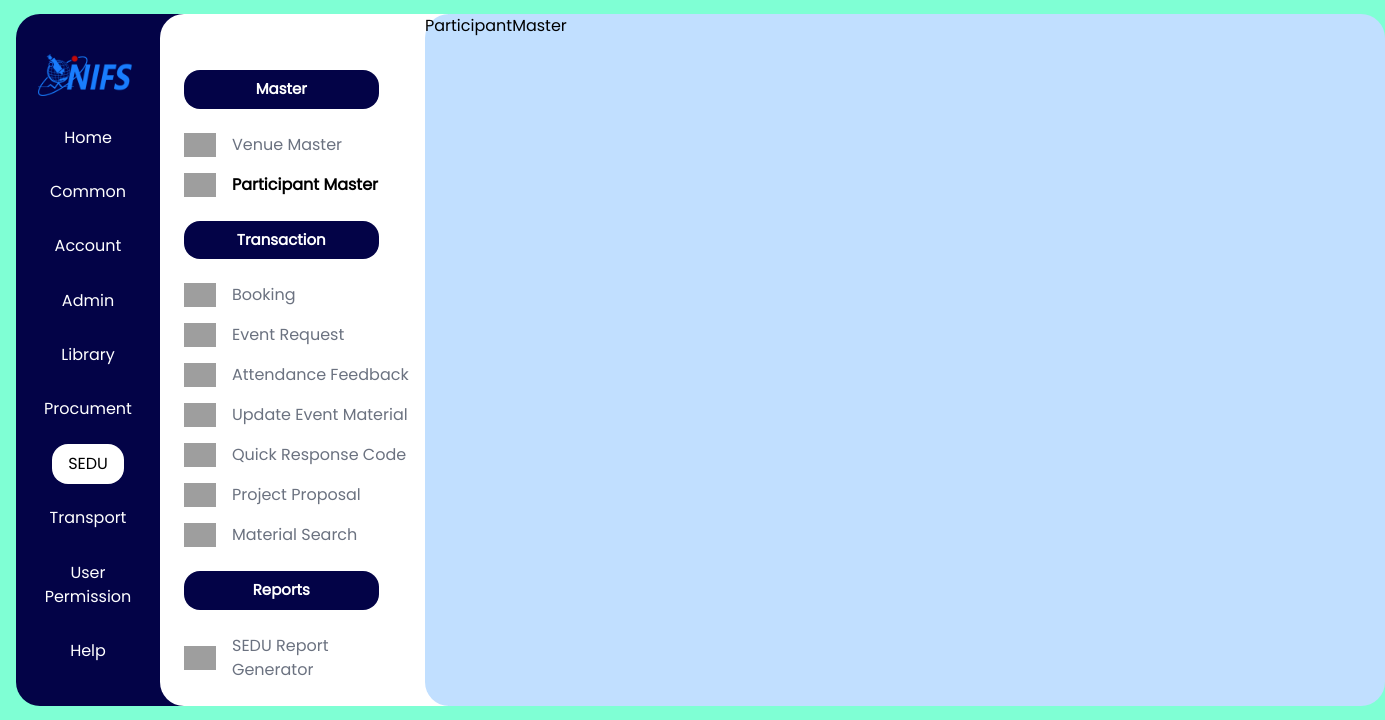
Repository: virangaj/NIFS-WebApp
Page: /sedu/participant-master (app in client/)
The author's editor kept a copy of each file at every save. The page is drawn from the files as they stood at one save, then again after the next save.
The browser window is 1280 px wide. The page is 1385 px wide, so the pictures cover 1385 px, including what lies to the right of the window. The pictures show the whole page.
Pictures or frames that could not be fetched are drawn as grey boxes. The project was rebuilt for these pictures with package versions that can differ from the ones it lists, and the page was loaded fresh each time. Also part of the build but not shown: client/src/pages/Login.tsx, client/src/pages/Home.tsx, client/src/components/Transport/shared/TransportNavbar.js, client/src/pages/TransportMainPage.tsx, client/src/pages/CommonMainPage.tsx, client/src/pages/AccountMainPage.tsx, client/src/pages/AdminMainPage.tsx, client/src/pages/LibraryMainPage.js and 14 more.

Above is the page before, as saved 2022-07-31 00:12:17.

### client/public/index.html
<!DOCTYPE html>
<html lang="en">
	<head>
		<meta charset="utf-8" />
		<link rel="icon" href="nifs_logo.png" />
		<meta name="viewport" content="width=device-width, initial-scale=1" />
		<meta name="theme-color" content="#000000" />
		<meta
			name="description"
			content="Web site created using create-react-app"
		/>
		<link rel="apple-touch-icon" href="%PUBLIC_URL%/logo192.png" />
		<!--
      manifest.json provides metadata used when your web app is installed on a
      user's mobile device or desktop. See https://developers.google.com/web/fundamentals/web-app-manifest/
    -->
		<link rel="manifest" href="%PUBLIC_URL%/manifest.json" />
		<!--
      Notice the use of %PUBLIC_URL% in the tags above.
      It will be replaced with the URL of the `public` folder during the build.
      Only files inside the `public` folder can be referenced from the HTML.

      Unlike "/favicon.ico" or "favicon.ico", "%PUBLIC_URL%/favicon.ico" will
      work correctly both with client-side routing and a non-root public URL.
      Learn how to configure a non-root public URL by running `npm run build`.
    -->
		<link
			href="https://fonts.googleapis.com/css?family=Poppins"
			rel="stylesheet"
		/>
		<title>NIFS Dashboard</title>
	</head>
	<body>
		<noscript>You need to enable JavaScript to run this app.</noscript>
		<div id="root"></div>
		<!--
      This HTML file is a template.
      If you open it directly in the browser, you will see an empty page.

      You can add webfonts, meta tags, or analytics to this file.
      The build step will place the bundled scripts into the <body> tag.

      To begin the development, run `npm start` or `yarn start`.
      To create a production bundle, use `npm run build` or `yarn build`.
    -->
	</body>
</html>

### client/src/index.css
@tailwind base;
@tailwind components;
@tailwind utilities;

* {
  margin: 0;
}

body {
  font-family: 'Poppins';
  -webkit-font-smoothing: antialiased;
  -moz-osx-font-smoothing: grayscale;
  background-color: #dfe7ee;

}

::-webkit-scrollbar {
  display: none;
}


:root {
  --main-navbar-back: #030347;
  --nav-title-section-back: rgba(47, 163, 72, 0.589);
  --white: #fff;
  --black: #000;
  --gray: rgba(68, 68, 68, 0.432);
  --border-radius: 10px;
  --pimary: rgb(10, 94, 133);
  --warning: #ed3d63;
  --secondary-nav-color: rgb(255, 255, 255);
  --body-content-bg: rgb(193, 223, 255);
}


.nav-logo {
  width: 100px;
  height: auto;
  margin-bottom: 2vh;
}

a {
  text-decoration: none;
}



/* main navbar */
.main-nav-bg {
  background-color: var(--main-navbar-back) !important;
}

.main-navbar {
  background-color: var(--main-navbar-back) !important;
  width: 100% !important;
  height: 80px !important;

}

/* secondary navbar */

.sec-nav-bg {
  background-color: var(--secondary-nav-color);
}

.secondary-navbar {
  margin: auto;
}

.nav-flex-section {
  display: -webkit-flex;
  display: -ms-flexbox;
  display: flex;
  -webkit-flex-wrap: wrap;
  -ms-flex-wrap: wrap;
  flex-wrap: wrap;
  justify-content: center;
}

.nav-flex-inside {
  margin-left: 5px;
  margin-left: 5px;
}

.nav-title {
  font-size: 15px;
  text-align: center;
  color: var(--white);
  font-weight: 600;

}

.nav-title-section {
  /* border-radius: var(--border-radius);
  background-color: var(--nav-title-section-back);
  box-shadow: rgba(100, 100, 111, 0.2) 0px 7px 29px 0px;
  pointer-events: none;
  margin-left: 10px;
  margin-left: 10px; */
  background-color: var(--main-navbar-back);
}

.nav-icon {
  width: 40px;
}

.nav-link {
  display: flex;
  display: -webkit-flex;
  display: -ms-flexbox;
  flex-direction: column;
  align-items: center;
  font-size: 14px;
  margin-left: 5px;
  margin-right: 5px;
  border: none;
  box-shadow: rgba(100, 100, 111, 0.2) 0px 7px 29px 0px;
  padding: 4px 8px 6px 8px;
  margin-bottom: 10px;
  text-align: center;
  width: 125px;
  border-radius: var(--border-radius);
  background-color: var(--white);
  outline: none;
  min-height: 120px;
}

.nav-link:hover {
  color: var(--pimary);
  cursor: pointer;
  box-shadow: rgba(81, 146, 177, 0.2) 0px 7px 29px 0px;
  background-color: rgb(254, 255, 205);
  border-bottom: 2px solid var(--warning);
}


.nav-link:active {
  color: var(--pimary);
  cursor: pointer;
  box-shadow: rgba(81, 146, 177, 0.2) 0px 7px 29px 0px;
  background-color: rgb(205, 248, 255);
  border-bottom: 2px solid var(--warning);
}

.nav-link-active {
  color: var(--pimary);
  cursor: pointer;
  box-shadow: rgba(81, 146, 177, 0.2) 0px 7px 29px 0px;
  background-color: rgb(205, 248, 255);
  border-bottom: 2px solid var(--warning);
}

/* body content*/
.body-content {
  margin: auto;
  width: 90%;
  margin-top: 12vh;

}

/* main page content */
.main-content {
  width: 90%;
  margin: auto;
  margin-top: 20px;
}

/* sub page content */

.sub-body-content {
  border: 2px solid var(--gray);
  border-radius: var(--border-radius);
  padding: 10px;
}

.sub-body-title {
  font-size: 24px;
}



/* error page */
.error-page {
  border: 2px solid var(--gray);
  border-radius: var(--border-radius);
  height: 50vh;
  width: 50vw;
  margin: auto;
  margin-top: 50px;
}

.error-page-content {
  display: flex;
  flex-direction: column;
  align-items: center;
  text-align: center !important;
  margin-top: 50px;
}

.error-page-content h1 {
  font-size: 100px;
  color: var(--warning);
  font-weight: 700;
  pointer-events: none;

}

.error-page-content p {
  font-size: 20px;
  margin-bottom: 20px;
  pointer-events: none;
}


@media screen and (max-width: 1366px) {
  body {
    background-color: aquamarine;
  }

  .nav-link {
    font-size: 12px;
    padding: 4px 4px 6px 4px;
    width: 100px;
    min-height: 100px;
  }

  .nav-icon {
    width: 35px;
  }
}

### client/src/App.tsx
import React, { useEffect } from 'react';
import Navbar from './components/shared/Navbar';
import Login from './pages/Login'
import { BrowserRouter as Router, Route, Routes } from 'react-router-dom'
import Home from './pages/Home';
import TransportMainPage from './pages/TransportMainPage';
import CommonMainPage from './pages/CommonMainPage';
import AccountMainPage from './pages/AccountMainPage';
import AdminMainPage from './pages/AdminMainPage';
import LibraryMainPage from './pages/LibraryMainPage';
import ProcumentMainPage from './pages/ProcumentMainPage';
import SeduMainPage from './pages/SeduMainPage';
import UserPermissionMainPage from './pages/UserPermissionMainPage';
import NotificationMainPage from './pages/NotificationMainPage';
import HelpMainPage from './pages/HelpMainPage';
import ErrorPage from './pages/ErrorPage';
import VerticalMainNavbar from './components/shared/VerticalMainNavbar';


function App() {


  return (
    <div className='w-[98%] flex mx-auto flex-col h-[100vh]'>
      <Router>
        {/* <Navbar /> */}
        <div>
          <VerticalMainNavbar />
        </div>
        <div className='overflow-y-scroll ml-4 scroll-bar'>
          <Routes>
            <Route path="/login" element={<Login />} />
            <Route path="/" element={<Home />} />
            <Route path="/common/*" element={<CommonMainPage />} />
            <Route path="/account/*" element={<AccountMainPage />} />
            <Route path="/admin/*" element={<AdminMainPage />} />
            <Route path="/library/*" element={<LibraryMainPage />} />
            <Route path="/procument/*" element={<ProcumentMainPage />} />
            <Route path="/sedu/*" element={<SeduMainPage />} />
            <Route path="/transport/*" element={<TransportMainPage />} />
            <Route
              path="/user-permission/*"
              element={<UserPermissionMainPage />}
            />
            <Route
              path="/notification/*"
              element={<NotificationMainPage />}
            />
            <Route path="/help/*" element={<HelpMainPage />} />
            <Route path="/error-404" element={<ErrorPage />} />
          </Routes>
        </div>


      </Router>
    </div>
  );
}

export default App;

### client/src/pages/SeduMainPage.tsx
import React from 'react';
import { Route, Routes } from 'react-router-dom';
import AttendanceFeedback from '../components/sedu/AttendanceFeedback';
import EventRequest from '../components/sedu/EventRequest';
import MaterialSearch from '../components/sedu/MaterialSearch';
import ParticipantMaster from '../components/sedu/ParticipantMaster';
import ProjectProposal from '../components/sedu/ProjectProposal';
import QuickResponseCode from '../components/sedu/QuickResponseCode';
import SeduBooking from '../components/sedu/SeduBooking';
import SeduReportGenerator from '../components/sedu/SeduReportGenerator';
import SeduSecondaryNavbar from '../components/sedu/shared/SeduSecondaryNavbar';
import UpdateEventMaterial from '../components/sedu/UpdateEventMaterial';
import VenueMaster from '../components/sedu/VenueMaster';
import SecondaryNavbar from '../components/shared/SecondaryNavbar';
import Pages from '../components/data/SeduNavData.json'
import VerticalSecondaryNavbar from '../components/shared/VerticalSecondaryNavbar';

// sedu main page where all other section of sedu department can be access from here
function SeduMainPage() {
	// console.log(Pages);


	return (

		<div >
			{/* <SeduSecondaryNavbar /> */}
			{/* <SecondaryNavbar pages={Pages} /> */}
			{/* <div className="main-content"> */}
			<div className='secondary-nav-position'>
				<VerticalSecondaryNavbar pages={Pages} />
			</div>
			<div className='absolute left-[425px] top-[2vh] bg-body-content-bg w-[75vw] h-[96vh] rounded-3xl'>
				<Routes>
					<Route path="/venue-master" element={<VenueMaster />} />
					<Route path="/participant-master" element={<ParticipantMaster />} />
					<Route path="/booking" element={<SeduBooking />} />
					<Route path="/event-request" element={<EventRequest />} />
					<Route path="/attendance-feedback" element={<AttendanceFeedback />} />
					<Route path="/update-material" element={<UpdateEventMaterial />} />
					<Route path="/quick-response" element={<QuickResponseCode />} />
					<Route path="/project-proposal" element={<ProjectProposal />} />
					<Route path="/material-search" element={<MaterialSearch />} />
					<Route path="/report-generator" element={<SeduReportGenerator />} />

				</Routes>
			</div>
		</div >);
}

export default SeduMainPage;

### client/src/components/shared/VerticalMainNavbar.tsx
import { Button } from '@mui/material'
import React from 'react'
import { Link, useLocation } from 'react-router-dom'
import Pages from '../data/MainNavPages.json'
import { HiMenuAlt2 } from "react-icons/hi";
import Logo from '../../images/nifs_logo.png'


function VerticalMainNavbar() {

    const location: any = useLocation();

    return (
        <>
            <div className='fixed left-0 w-48 top-[2vh] main-nav-bg ml-4 rounded-l-3xl'>
                <div className='h-[96vh] w-36 flex flex-col items-center py-10 px-2'>
                    <Link to='/'>
                        <img src={Logo} alt="logo" className="nav-logo" />
                    </Link>
                    {Pages.map((page, index) => (
                        location.pathname.split('/')[1] === page.link.split('/')[1] ?
                            <Link to={page.link} style={{ textDecoration: 'none' }} key={index}>
                                <button className='bg-white my-[1vh] px-4 py-2 rounded-2xl text-black'>
                                    {page.title}
                                </button>
                            </Link>
                            :
                            <Link to={page.link} style={{ textDecoration: 'none' }} key={index}>
                                <button className='my-[1vh] px-4 py-2 rounded-2xl text-white'>

                                    {page.title}
                                </button>
                            </Link>
                    ))}
                </div>
            </div>
            {/* <div className='fixed left-0 w-24 top-[2vh] visible md:invisible main-nav-bg ml-2 rounded-l-3xl'>
                <div className='h-[96vh] w-20 flex flex-col items-center py-10 px-2'>
                    <p className='text-white text-2xl cursor-pointer'>

                        <HiMenuAlt2 />
                    </p>


                </div>
            </div> */}
        </>
    )
}

export default VerticalMainNavbar

### client/src/components/shared/VerticalSecondaryNavbar.tsx
import React from 'react'
import Box from '@mui/material/Box';
import { Link, useLocation } from 'react-router-dom';
import Employees from '../data/Employee.json';

function VerticalSecondaryNavbar(props: any) {
    console.log(props.pages)
    const location = useLocation();
    const user = Employees[0];
    // const isAdmin: Boolean = user.deparment.toUpperCase() === location.pathname.split('/')[1].toUpperCase() && user.admin === true;
    const isAdmin: Boolean = true;

    console.log(isAdmin)
    const pages: any = props.pages;
    return (
        <div className='fixed left-0 w-72 top-[2vh] sec-nav-bg ml-40 rounded-l-3xl'>
            <div className='h-[96vh] w-[90%] flex flex-col items-start ml-4 py-10 px-2'>

                {pages.map((content: any, index: number) =>
                    <>
                        <div className='my-4 w-[80%] py-2 px-4 rounded-2xl nav-title-section'>
                            <p className='nav-title'>{content.section}</p>
                        </div>
                        {content.routes.map((page: any, i: number) => (
                            isAdmin ? <Link to={page.link} key={i}>
                                <div className='flex items-center'>
                                    <img src={page.img} alt={page.title} className='w-8' />
                                    <button className={location.pathname === page.link ? 'px-4 py-2 rounded-2xl text-black font-semibold text-left hover:text-blue-500 hover:font-semibold' : 'text-gray-500 px-4 py-2 text-left hover:text-blue-500 hover:font-semibold'}>{page.title}</button>
                                </div>
                            </Link> : (!page.only_admin ? <Link to={page.link} key={i}>
                                <div className='flex items-center'>
                                    <img src={page.img} alt={page.title} className='w-8' />
                                    <button className={location.pathname === page.link ? 'px-4 py-2 rounded-2xl text-black font-semibold text-left hover:text-blue-500 hover:font-semibold' : 'text-gray-500 px-4 py-2 text-left hover:text-blue-500 hover:font-semibold'}>{page.title}</button>
                                </div>
                            </Link> : "")
                        ))}
                    </>

                )}

            </div>

        </div>
    )
}

export default VerticalSecondaryNavbar

### client/src/components/sedu/ParticipantMaster.tsx
import React from 'react'

function ParticipantMaster() {
    return (
        <div>ParticipantMaster</div>
    )
}

export default ParticipantMaster

### client/src/components/data/SeduNavData.json
[
    {
        "section": "Master",
        "only_admin": false,
        "routes": [
            {
                "title": "Venue Master",
                "link": "/sedu/venue-master",
                "img": "https://img.icons8.com/fluency/50/000000/home.png",
                "only_admin": false
            },
            {
                "title": "Participant Master",
                "link": "/sedu/participant-master",
                "img": "https://img.icons8.com/fluency/50/000000/conference-foreground-selected.png",
                "only_admin": false
            }
        ]
    },
    {
        "section": "Transaction",
        "only_admin": false,
        "routes": [
            {
                "title": "Booking",
                "link": "/sedu/booking",
                "img": "https://img.icons8.com/fluency/50/000000/calendar-plus.png",
                "only_admin": false
            },
            {
                "title": "Event Request",
                "link": "/sedu/event-request",
                "img": "https://img.icons8.com/fluency/50/000000/invite.png",
                "only_admin": false
            },
            {
                "title": "Attendance Feedback",
                "link": "/sedu/attendance-feedback",
                "img": "https://img.icons8.com/fluency/50/000000/feedback-hub.png",
                "only_admin": false
            },
            {
                "title": " Update Event Material",
                "link": "/sedu/update-material",
                "img": "https://img.icons8.com/fluency/50/000000/available-updates.png",
                "only_admin": false
            },
            {
                "title": "Quick Response Code",
                "link": "/sedu/quick-response",
                "img": "https://img.icons8.com/fluency/50/000000/barcode-scanner.png",
                "only_admin": false
            },
            {
                "title": "Project Proposal",
                "link": "/sedu/project-proposal",
                "img": "https://img.icons8.com/fluency/50/000000/documents.png",
                "only_admin": false
            },
            {
                "title": "Material Search",
                "link": "/sedu/material-search",
                "img": "https://img.icons8.com/fluency/50/000000/search.png",
                "only_admin": false
            }
        ]
    },
    {
        "section": "Reports",
        "only_admin": true,
        "routes": [
            {
                "title": "SEDU Report Generator",
                "link": "/sedu/report-generator",
                "img": "https://img.icons8.com/cute-clipart/50/000000/load-from-file.png",
                "only_admin": true
            }
        ]
    }
]

### client/src/components/data/MainNavPages.json
[
    {
        "id": 0,
        "title": "Home",
        "link": "/"
    },
    {
        "id": 1,
        "title": "Common",
        "link": "/common"
    },
    {
        "id": 2,
        "title": "Account",
        "link": "/account"
    },
    {
        "id": 3,
        "title": "Admin",
        "link": "/admin"
    },
    {
        "id": 4,
        "title": "Library",
        "link": "/library"
    },
    {
        "id": 5,
        "title": "Procument",
        "link": "/procument"
    },
    {
        "id": 6,
        "title": "SEDU",
        "link": "/sedu"
    },
    {
        "id": 7,
        "title": "Transport",
        "link": "/transport"
    },
    {
        "id": 8,
        "title": "User Permission",
        "link": "/user-permission"
    },
    {
        "id": 10,
        "title": "Help",
        "link": "/help"
    }
]

### client/src/components/data/Employee.json
[
    {
        "id": 0,
        "value": "Mr. Kamal",
        "admin": true,
        "deparment": "Transpoort"
    },
    {
        "id": 1,
        "value": "Mr. Sunil",
        "admin": true,
        "deparment": "SEDU"
    },
    {
        "id": 2,
        "value": "Mr. Kusal",
        "admin": false,
        "deparment": "Transpoort"
    },
    {
        "id": 3,
        "value": "Mrs. Nayana",
        "admin": false,
        "deparment": "SEDU"
    },
    {
        "id": 4,
        "value": "Miss Rashmi",
        "admin": false,
        "deparment": "Transpoort"
    }
]

### client/tailwind.config.js
/** @type {import('tailwindcss').Config} */
module.exports = {
	content: ['./src/**/*.{js,jsx,ts,tsx}'],
	theme: {
		extend: {
			colors: {
				'body-content-bg': 'var(--body-content-bg)',
			},
		},
	},
	plugins: [],
};

Loaded but not shown: client/src/index.tsx (common file); client/src/reportWebVitals.ts (common file)

After the next save:
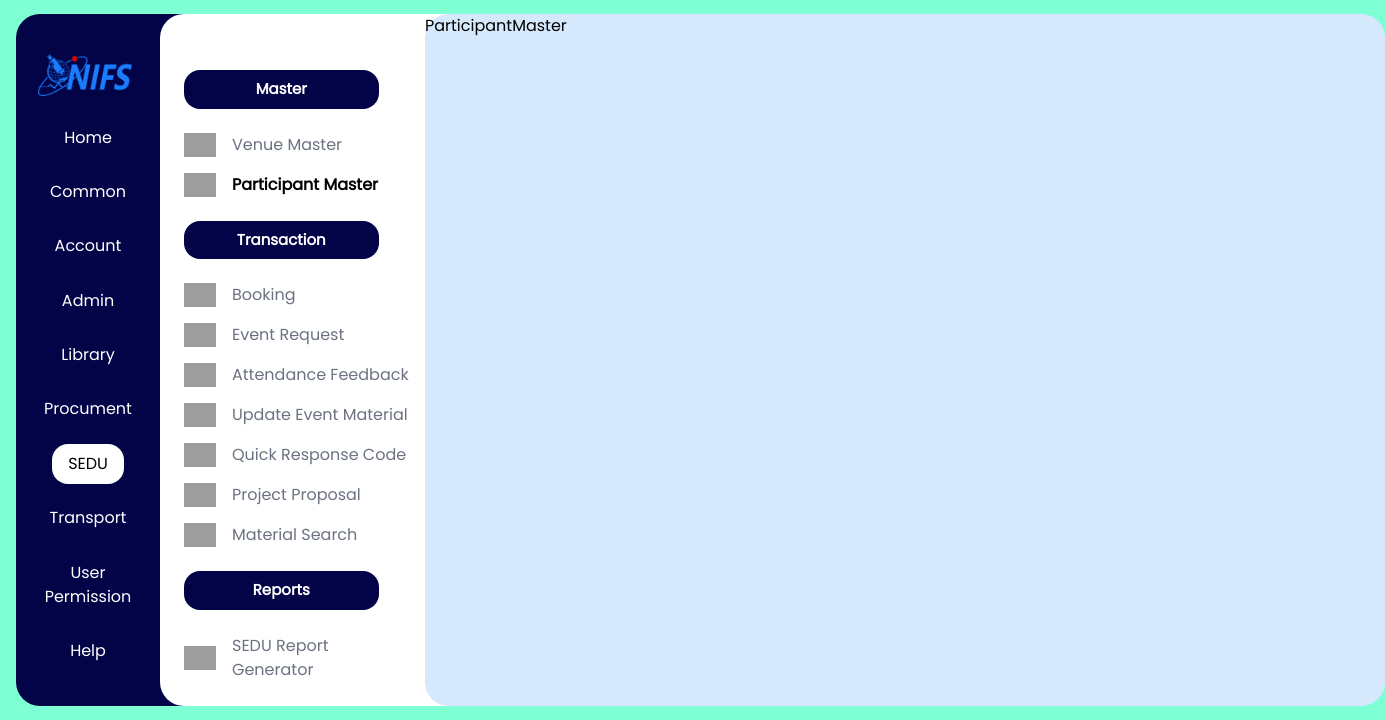
Saved 12 s later.
--- a/client/src/index.css
+++ b/client/src/index.css
@@ -29,7 +29,7 @@ body {
   --pimary: rgb(10, 94, 133);
   --warning: #ed3d63;
   --secondary-nav-color: rgb(255, 255, 255);
-  --body-content-bg: rgb(193, 223, 255);
+  --body-content-bg: rgb(214, 232, 252);
 }
 
 
